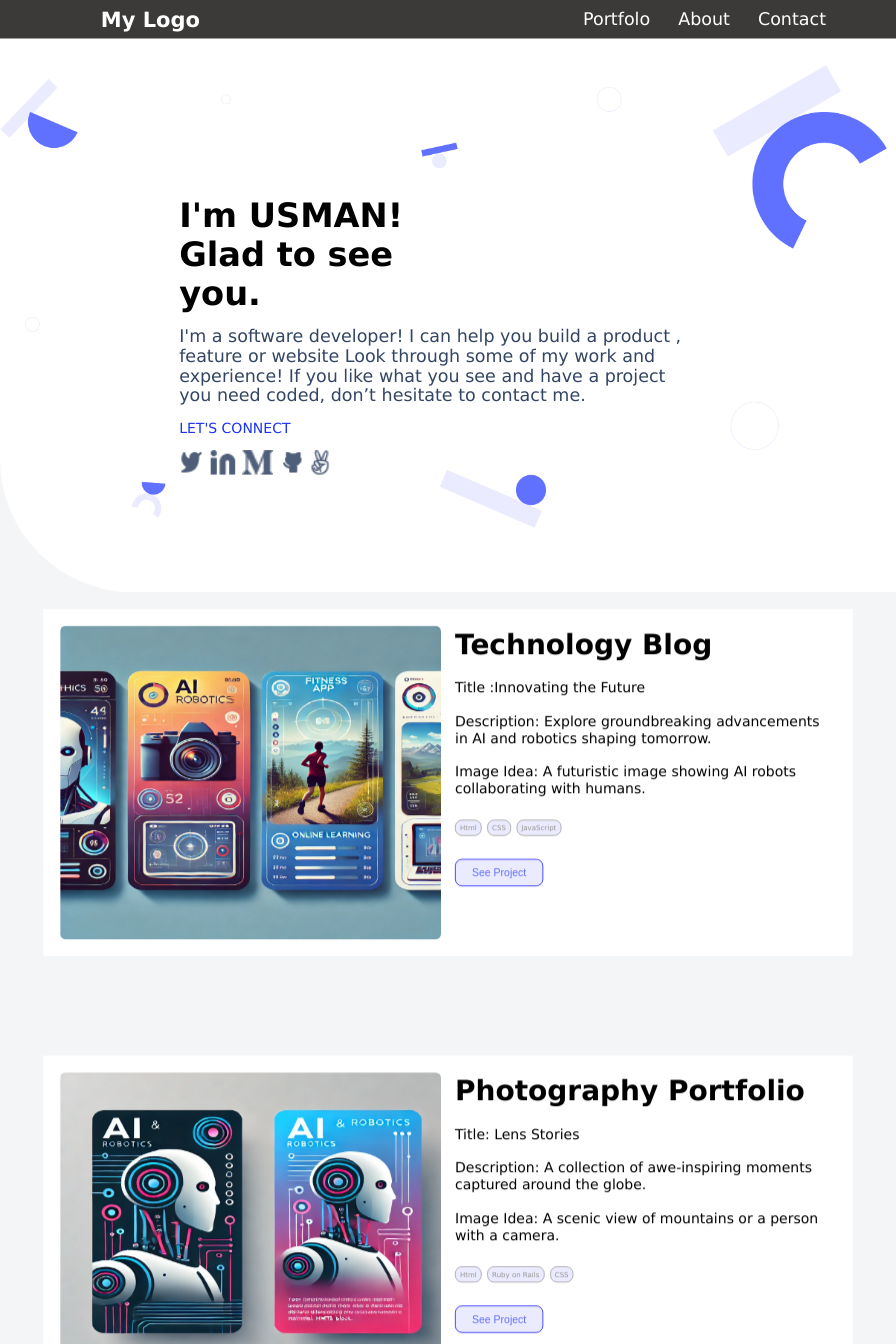
Repository: usman3123/portfolio-template-3
Page: index.html
An editor plug-in stored every save of this project. The page is shown before and after the next save, followed by the edit.
The browser window is 1280 px wide. The pictures show the part of the page from y = 0 to 1920 px (the page is 4613 px tall), at 70% of full size.
Some web libraries are served in a nearby version.

Above is the page before, as saved 2025-02-03 12:21:35.
Console error: ReferenceError: Cannot access 'heropage' before initialization

### index.html
<!DOCTYPE html>
<html lang="en">
<head>
  <meta charset="UTF-8">
  <meta name="viewport" content="width=device-width, initial-scale=1.0">
  <title>project 2</title>
  <link rel="stylesheet" href="style.css">
  <link href='https://unpkg.com/boxicons@2.1.4/css/boxicons.min.css' rel='stylesheet'>
  <link rel="stylesheet" href="https://cdnjs.cloudflare.com/ajax/libs/font-awesome/6.6.0/css/all.min.css" integrity="sha512-Kc323vGBEqzTmouAECnVceyQqyqdsSiqLQISBL29aUW4U/M7pSPA/gEUZQqv1cwx4OnYxTxve5UMg5GT6L4JJg==" crossorigin="anonymous" referrerpolicy="no-referrer" />
  <link rel="stylesheet" href="https://cdnjs.cloudflare.com/ajax/libs/font-awesome/6.6.0/css/all.min.css" integrity="sha512-Kc323vGBEqzTmouAECnVceyQqyqdsSiqLQISBL29aUW4U/M7pSPA/gEUZQqv1cwx4OnYxTxve5UMg5GT6L4JJg==" crossorigin="anonymous" referrerpolicy="no-referrer" />

  <link rel="stylesheet" href="https://cdnjs.cloudflare.com/ajax/libs/font-awesome/6.7.2/css/all.min.css">
  <link rel="preconnect" href="https://fonts.googleapis.com">
<link rel="preconnect" href="https://fonts.gstatic.com" crossorigin>
<link href="https://fonts.googleapis.com/css2?family=Poppins:ital,wght@0,100;0,200;0,300;0,400;0,500;0,600;0,700;0,800;0,900;1,100;1,200;1,300;1,400;1,500;1,600;1,700;1,800;1,900&display=swap" rel="stylesheet">
</head>

<body>
<section class="wholebody">
  <section class="webpage">
    <!-- Navbar -->

   <div class="hero-page">
    <div class="header-div">
      <nav class="nav-bar flex">
          <h4 class="nav-heading">My Logo</h4>
          <div class="nav-links flex">
              <a href="#myportfolio" class="link">Portfolo</a>
              <a href="#myabout" class="link">About</a>
              <a href="#mycontact" class="link" >Contact</a>
          </div>
          <i class="fa-solid fa-light fa-bars fa-xl " id="nav-icon"></i>
      </nav>
  </div>

    <!-- Main Content -->
    <section id="myportfolio" class="hero-section flex">
      <div class="hero-content flex">
          <h1 class="hero-head"> I'm USMAN!
            Glad to see you.
        </h1>
        <p class="hero-p">
           I'm a software developer! I can help you build a product , feature or website Look through  some of my work and experience! If you like what you see and have a project you need coded, don’t hesitate to contact me.
        </p>
       <p class="let-connect"> LET'S CONNECT</p>

        <div class="icons flex">
            <img src="/assets/twitter.png" class="media-icon">
            <img src="assets/Linkedin.png" class="media-icon">
            <img src="assets/M.png" class="media-icon">
            <img src="assets/Github.png" class="media-icon">
            <img src="assets/V.png" class="media-icon">
        </div>
      </div>
    </section>

   </div>
    <!-- Cards Section -->

    <div class="overlay">
      <section class="cards flex">

      </section>

    </div>

     <!-- ABOUT MYSELF -->

     <section id="myabout" class="about flex">

      <div class="about-intro flex">
        <h1 class="about-head">About Myself</h1>
        <p class="about-paragraph">Hello I'm a software developer! I can help you build a product , feature or website Look through some of my work and experience! If you like what you see and have a project you need coded, don't hesitate to contact me.</p>
          <p class="connect">Let's Connect</p>
          <div class="icons flex icon-gap">
            <img src="assets/twitter.png" class="twitter">
            <img src="assets/Linkedin.png" class="inimage">
            <img src="assets/M.png" class="mimage">
            <img src="assets/Github.png" class="tomimage">
            <img src="assets/V.png" class="protocol">
        </div>
        <button class="content-btn rsm-btn"> Get my resume</button>
      </div>

      <div class="about-skills flex">
        <div class="about-all flex">
          <p>Languages</p>
          <i class='bx bx-chevron-down'></i>
        </div>
        <div class="about-lang flex">
          <div class="about-lang-img flex">
            <i class="fa-brands fa-js sty-i" style="color: #ff0000;"></i>
            <p>JavaScript</p>
          </div>
          <div class="about-lang-img flex">
            <i class="fa-brands fa-html5 sty-i" style="color: #FFD43B;"></i>
            <p>Html</p>

          </div>
          <div class="about-lang-img flex">
            <i class="fa-brands fa-css3-alt sty-i" style="color: #74C0FC;"></i>
            <p>css</p>
          </div>
        </div>
        <div class="about-all flex">
          <p> Frameworks</p>
          <i class='bx bx-chevron-right'></i>
        </div>
        <div class="about-all flex">
          <p>Skills</p>
          <i class='bx bx-chevron-right'></i>
          </div>
          </div>
    </section>


    <!-- Contact section -->

      <section id="mycontact" class="contact-section flex">
      <h1 class="contact-heading">Contact Me</h1>
      <p class="contact-description flex">
          If you have an application you are interested in developing, a feature that you need built, or a project that needs coding, I'd love to help with it!
      </p>
      <form class="contact-form flex">
          <input class="form-input" type="text" placeholder="Your Name">
          <input class="form-input" type="email" placeholder="Your Email">
          <textarea class="form-message" placeholder="Write your message here..."></textarea>
          <button class="form-button flex">Get in Touch</button>
      </form>

  </section>
  </section>

</section>
<div class="container"></div>


<script src="index.js"></script>
</body>
</html>

### style.css
*{
    margin: 0;
    padding: 0;
    box-sizing: border-box;
}

body {
    font-family: Verdana, Geneva, Tahoma, sans-serif;
    background-color: #f4f5f7;
    position: relative;
}


.flex {
    display: flex;
}

/* nav-bar */

.header-div {
    background-color: #3c3a39;
    width: 100%;
}

.nav-bar {
    justify-content: space-between;
    color: white;
    max-width: 1204px;
    align-items: center;
    padding: 10px 24px;
}

.nav-heading {
    font-size: 30px;
    padding-left: 120px;
}

.nav-links {
    gap: 40px;
    align-items: center;
    font-size: 25px;
    display: none;
}
.nav-icon {
    display: flex;
    width: 24px;
}



/* hero-section */

.hero-page {
    background-color: white;
    border-bottom-left-radius: 190px;
    background-image: url(/assets/Header\ bg@2x.png);
    background-size: contain;
    max-height: 846px;
    background-position: center;
    background-repeat: no-repeat;
    max-width: 1440px;
}
.herostyle {
    background-color: #6070ff;
}
.hero-section {
    height: 846px;
    align-items: center;
    justify-content: center;
    padding-left: 20%;
}
.hero-content {
    flex-direction: column;
    gap: 20px;
}
.hero-head {
    font-size: 48px;
    font-weight: 700;
    width: 35%;
}

.hero-p {
    font-size: 25px;
    line-height: 28px;
    color: #344563;

    width: 73%;
}

.let-connect {
    color: #1d32f7;
    font-size: 20px;
    font-weight: 500;
    line-height: 24px;
}

.media-icon {
    height: 35px;
}

.icons {
    gap: 10px;
}

.nav-head {
    max-width: 1440px;
    width: 100%;
}
.enable {
    color: blue;
}
.link {
    color: white;
    text-decoration: none;
}

/* card-section */

.cards {
    flex-direction: column;
    align-items: center;
    gap:142px;
    padding: 24px;
    position: relative;
}
.card {
    background-color: white;
    max-width: 1156px;
    max-height: 496px;
    width: 100%;
    padding: 24px;
    gap: 20px;
}
.card-img {
    max-width: 544px;
    width: 50%;
    border-radius:8px ;
}

.card-content {
    flex-direction: column;
    gap: 24px;
}

.card-head {
    font-size: 40px;
    font-weight: 700;
    line-height: 52px;
}
#photo-content {
    font-size: 40px;
    font-weight: 700;
    line-height: 52px;
}
.content-p {
    font-size: 20px;
    font-weight: 400;
    line-height: 24px;
}
.content-sp {
    font-size: 20px;
    font-weight: 400;
    line-height: 24px;
}

.languages {
    gap: 8px;
    align-items: center;
}

.lang {
    padding: 4px 12px;
    color: #6070ff;
    background-color: #ebebff;
    border-radius: 10px;
}

.content-btn {
    max-width: 126px;
    width: 100%;
    padding: 4px 12px;
    color: #6070ff;
    background-color: #ebebff;
    border-radius: 10px;
    padding: 10px;
    border: 1px solid blue;
    font-size: 15px;
}

/* about-section */

.about {
    padding: 10%;
    gap: 30px;
}

.about-intro {
    flex-direction: column;
    max-width: 447px;
    max-height: 331px;
    gap: 10px;
}

.about-head {
    font-size: 30px;
    font-weight: 700;
    line-height: 52px;
}
.about-paragraph {
    font-size: 16px;
    line-height: 24px;
}
.connect {
    color: #6070ff;
    font-size: 25px;
}

.about-skills {
    max-width: 684px;
    flex-direction: column;
    width: 100%;
    gap: 20px;
}

.about-all {
    justify-content: space-between;
    font-size: 25px;
}
.about-lang {
    gap: 20px;
    padding: 12px;
}
.about-lang-img {
    flex-direction: column;
    gap: 12px;
}
.sty-i {
    font-size: 80px;
}
.about-lang-img > p {
    font-size: 25px;
}
.contact-section {
    flex-direction: column;
    align-items: center;
    gap: 24px;
    background-color: #6070ff;
    background-image: url(/assets/contact\ form\ background\ shapes@2x.png);
    background-size: contain;
    background-repeat: no-repeat;
    border-top-left-radius: 100px;
    padding: 100px 24px;
}
.contact-heading {
    font-size: 3rem;
    font-weight: 700;
    line-height: 5.2rem;
    color: white;
}
.contact-description {
    max-width: 569px;
    font-size: 1.5rem;
    text-align: center;
    color: white;
    max-height: 137px;

}
.contact-form {
    gap: 27px;
    flex-direction: column;
    max-width: 447px;
    width: 100%;
    align-items: center;
}

.form-input {
    padding: 15px 16px;
    background-color: white;
    color: black;
    font-size: 20px;
    width: 100%;
}
.form-message {
    color: black;
    font-size: 20px;
    padding: 15px 16px;
    height: 170px;
    width: 100%;
}
.form-button {
    padding: 12px 15px;
    color: blue;
    font-size: 17px;
    font-weight: 500;
    align-items: center;
    width: 130px;
}
html {
    font-size: 62.5%;
}

.container {
    max-width: 1156px;
    width: 100%;

}

.inner-container {
    padding: 24px;
    width: 100%;
    height: 100%;
    max-width: 1156px;
    max-height: 1163px;
    position: absolute;
    top: 228%;
    left: 50%;
    transform: translate(-50%,-50%);
    background-color: white;

}
.overlay {
    width: 100%;
    height: 100%;
    background: #f4f5f7;
    backdrop-filter: blur(8px);
}
.remove {
    display: none;
}

.blur {
    filter: blur(15px);
}
.heading > h2{
    align-items: center;
    justify-content: space-between;
}

.languages {
    gap: 8px;
}


.wrapimg {
    width: 100%;
    height: 60.3%;
    max-width: 1108px;
    max-height: 586px;
}

.p3 {
    display: none;
}

.paragraph {
    color: #344563;
    font-size: 2rem;
}

.btnimg {
    width: 20px;
    height: 20px;
}

.livebtn {
    width: 43.6%;
    height: 48px;
    gap: 20px;
    padding: 12px 16px;
    background-color: #36B37F;
    color: white;
    font-size: 17px;
    align-items: center;
}

.sourcebtn {
    width: 49%;
    height: 48px;
    gap: 20px;
    padding: 12px 16px;
    background-color: #36B37F;
    color: white;
    font-size: 17px;
    align-items: center;
}

.livebtn > p {
    font-size: 1.7rem;
    line-height: 2.4rem;
    font-weight: 700;
}

.buttons {
    width: 311px;
    height: 56px;
    gap: 24px;
    margin-top: 30px;
}

.btnimg {
    filter: brightness(0) invert(1);
}

.languages {
    padding: 9px 0;
}

.heading > h2 {
    font-size: 32px;
    line-height: 44px;
}
.icon-head {
    justify-content: space-between;
    font-size: 3rem;
}
.lang {
    font-size: 1rem;
    color: #979493;
    padding: 5px 6px;
    border: 1px solid #979493;
}

.style {
    position: fixed;
    transform: translate(-50%,-50%);
    top: 50%;
}

@media (max-width :600px) {
    .p1 {
     display: none;;
    }

    .p2 {
        display: none;
    }

    .p3 {
        display: block;
    }

    .wrap {
        flex-direction: column;
        padding-top: 20px;
    }

    .wrapimg {
        width: 100%;
        height: 29.3%;
        max-width: 872px;
        max-height: 616px;
    }
    .inner-container {
        height: 75%;
    }
}








@media (max-width : 1100px) {
    .hero-head {
        width: 53%;
    }
    .card-head {
        font-size: 2rem;
    }
    #photo-head {
        font-size: 27px;
    }
    .content-p {
        font-size: 15px;
    }
    .content-sp {
        font-size: 15px;
        display: none;
    }
    .card-content {
        gap: 20px;
    }

}
@media (max-width :870px) {
    .card {
        flex-direction: column;
        max-height: 552px;
        padding: 16px;
    }
    .card {
        max-width: 327px;
    }
    .about {
        flex-direction: column;
    }
    .nav-heading {
        padding-left: 0px;
    }


}
@media (max-width : 870px) {
    .hero-head {
        width: 100%;
    }
    .hero-section {
        padding: 24px;
    }
    .hero-p {
        width: 100%;
    }
    .card-img {
        width: 100%;
        height: 18vh;
    }
    .card-content {
        gap: 2px;
    }
}
@media (min-width : 700px) {
    .nav-links {
        display: flex;
    }
    #nav-icon {
        display: none;
    }

}
@media (min-width : 1441px) {
    .card-content {
        gap: 30px;
    }
}

### index.js
arr = [
    {
        img : "/assets/card-1img.webp",
        h2 : "Technology Blog",
        paragraph1 : "Title :Innovating the Future",
        p_description : "Description: Explore groundbreaking advancements in AI and robotics shaping tomorrow.",
        paragraph2 :"Image Idea: A futuristic image showing AI robots collaborating with humans.",
        lang1 : "Html",
        lang2 : "CSS",
        lang3 : "JavaScript",
        lang5 : "Boot Strap",
        button : "See Project",
        year : "2023",
        cardimg : "/assets/card-1img.webp"
    },
    {
        img : "/assets/card-2img.webp",
        h2 : "Photography Portfolio",
        paragraph1 : "Title: Lens Stories",
        p_description : "Description: A collection of awe-inspiring moments captured around the globe.",
        paragraph2 :"Image Idea: A scenic view of mountains or a person with a camera.",
        lang1 : "Html",
        lang2 :"Ruby on Rails",
        lang3 : "CSS",
        lang4 : "JavaScript",
        lang5 : "Boot Strap",
        button : "See Project",
        year : "2024",
        cardimg :"/assets/card-2img.webp"
    },
    {
        img : "/assets/card-3img.webp",
        h2 : "Fitness App",
        paragraph1 : "Title: oveSmart",
        p_description :"Description: Your companion for tracking workouts and achieving fitness goals.",
        paragraph2 :"Image Idea: A person jogging with fitness metrics displayed.",
        lang1 : "Html",
        lang2 :"Ruby on Rails",
        lang3 : "CSS",
        lang4 : "JavaScript",
        lang5 : "Boot Strap",
        button : "See Project",
        year : "2025",
        cardimg : "/assets/card-3img.webp"
    },
    {
        img : "/assets/card-4img.webp" ,
        h2 : "Online Learning",
        paragraph1 : "Title: Skillify",
        p_description : "Description: Join courses from world-class instructors and master new skills.",
        paragraph2 :"Image Idea: A laptop with an open notebook and a student studying.",
        lang1 : "Html",
        lang2 :"Ruby on Rails",
        lang3 : "CSS",
        lang4 : "JavaScript",
        lang5 : "Boot Strap",
        button : "See Project",
        year : "2025",
        cardimg :"/assets/card-4img.webp"
    }
]

const cards = document.querySelector(".cards");
const body = document.querySelector("body");
const overlay = document.querySelector(".overlay");
const bodyy = document.querySelector(".wholebody");

arr.forEach((element) => {
    cards.innerHTML += `<div class="card flex">
      <img class="card-img" src= ${element.img} alt="CARD_!_IMG">
      <div class="card-content flex">
        <h2 class="card-head">${element.h2}</h2>
        <p class="content-p">${element.paragraph1}</p>
        <p class="content-sp">${element.p_description}</p>
        <p class="content-p">${element.paragraph2}</p>
        <div class="languages flex">
          <p class="lang">${element.lang1}</p>
          <p class="lang">${element.lang2}</p>
          <p class="lang">${element.lang3}</p>
        </div>
        <button id = "cardbtn" class="content-btn">${element.button}</button>
      </div>
    </div>
`
});
document.querySelectorAll("#cardbtn").forEach((btn, index) => {
  btn.addEventListener("click", () => {
    popup(arr[index]);
    bodyy.classList.add("blur");
    document.querySelector(".inner-container").classList.add("style");
    document.querySelector(".container").style.display = "block";
  });
});
function popup(element) {
  const popup = document.querySelector(".container");
    popup.innerHTML =
      `<div class="inner-container">
    <div class="icon-head flex">
        <h2 class="heading flex">${element.h2}</h2>
        <i class="fa-solid fa-x" id = "close-popup" ></i>
    </div>
    <div class="languages flex">
        <p class="lang">Canopy</p>
        <p class="lang">Back End Dev</p>
        <p class="lang">${element.year}</p>
    </div>
    <img src= ${element.cardimg} class="wrapimg">
    <div class="languages flex">
        <p class="lang">${element.lang1}</p>
        <p class="lang">${element.lang5}</p>
        <p class="lang">${element.lang2}</p>
    </div>

    <div class="paragraph">
        <p class="p1">${element.paragraph1}</p>
        <p class="p2">${element.p_description}</p>
        <p class="p3">${element.paragraph2}</p>
    </div>

    <div class="buttons flex">
        <div class="livebtn flex">
            <p>See live</p>
            <img src="/assets/Icon - Export.svg" class="btnimg">
        </div>
        <div class="sourcebtn flex">
            <p>See source</p>
            <img src="/assets/Icon -GitHub.png" class="btnimg">
        </div>
    </div>

    </div>`;

    document.querySelector("#close-popup").addEventListener("click", () => {
      popup.style.display = "none";
      bodyy.classList.remove("blur");
    });
  }


  // document.querySelector("#navicon").addEventListener("click",()=> {
    heropage.classList.add("herostyle");
    const heropage = document.querySelector(".hero-page");
    console.log(heropage);

  // })

















{/* <div class="inner-container">
<div class="icon-head flex">
    <h2 class="heading flex">Tonic</h2>
    <i class="fa-solid fa-x" ></i>
</div>
<div class="languages flex">
    <p class="lang">Canopy</p>
    <p class="lang">Back End Dev</p>
    <p class="lang">2015</p>
</div>
<img src="/assets/Snapshoot Portfolio.png" class="wrapimg">
<div class="languages flex">
    <p class="lang">HTML</p>
    <p class="lang">Bootstrap</p>
    <p class="lang">Ruby on rails</p>
</div>

<div class="paragraph">
    <p class="p1">Lorem Ipsum is simply dummy text of the printing and typesetting industry. Lorem Ipsum has been the industry's standard dummy text ever since the 1500s, when an unknown printer took a galley of type and scrambled it 1960s.</p>
    <p class="p2">Lorem Ipsum is simply dummy text of the printing and typesetting industry. Lorem Ipsum has been the industry's standard dummy text ever since the 1500s, when an unknown printer took a galley of type and scrambled it 1960s with the releax map lapora verita.</p>
    <p class="p3">Lorem Ipsum is simply dummy text of the printing and typesetting industry. Lorem Ipsum has been the industry's standard dummy text ever since the 1500s, when an unknown printer took a galley of type and scrambled it to make a type specimen book. It has survived not only five centuries, but also the leap into electronic typesetting, remaining essent</p>
</div>

<div class="buttons flex">
    <div class="livebtn flex">
        <p>See live</p>
        <img src="/assets/Icon - Export.svg" class="btnimg">
    </div>
    <div class="sourcebtn flex">
        <p>See source</p>
        <img src="/assets/Icon -GitHub.png" class="btnimg">
    </div>
</div>

</div>
 */}














/* <div class="card flex">
      <img class="card-img" src="/assets/card-1img.webp" alt="CARD_!_IMG">
      <div class="card-content flex">
        <h2 class="card-head">Technology Blog</h2>
        <p class="content-p">Title: "Innovating the Future"</p>
        <p class="content-sp">Description: "Explore groundbreaking advancements in AI and robotics shaping tomorrow."</p>
        <p class="content-p">Image Idea: A futuristic image showing AI robots collaborating with humans.</p>
        <div class="languages flex">
          <p class="lang">Html</p>
          <p class="lang">CSS</p>
          <p class="lang">JavaScript</p>
        </div>
        <button class="content-btn">See Project</button>
      </div>
    </div>
    <div class="card flex">
      <img class="card-img" src="/assets/card-2img.webp" alt="CARD_!_IMG">
      <div class="card-content flex">
        <h2 id="photo-head">Photography Portfolio</h2>
        <p class="content-p">Title: "Lens Stories"<p>
        <p class="content-sp">Description: "A collection of awe-inspiring moments captured around the globe."</p>
        <p class="content-p">Image Idea: A scenic view of mountains or a person with a camera.
        </p>
        <div class="languages flex">
          <p class="lang">Html</p>
          <p class="lang">Ruby on Rails</p>
          <p class="lang">CSS</p>
          <p class="lang">JavaScript</p>
        </div>
        <button class="content-btn">See Project</button>
      </div>
    </div>
    <div class="card flex">
      <img class="card-img" src="/assets/card-3img.webp" alt="CARD_!_IMG">
      <div class="card-content flex">
        <h2 class="card-head">Fitness App</h2>
        <p class="content-p">Title: "MoveSmart"<p>
        <p class="content-sp">Description: "Your companion for tracking workouts and achieving fitness goals."</p>
        <p class="content-p">Image Idea: A person jogging with fitness metrics displayed.</p>
        <div class="languages flex">
          <p class="lang">Html</p>
          <p class="lang">Ruby on Rails</p>
          <p class="lang">CSS</p>
          <p class="lang">JavaScript</p>
        </div>
        <button class="content-btn">See Project</button>
      </div>
    </div>
    <div class="card flex">
      <img class="card-img" src="/assets/card-4img.webp" alt="CARD_!_IMG">
      <div class="card-content flex">
        <h2 class="card-head">Online Learning</h2>
        <p class="content-p">Title: "Skillify"p>
        <p class="content-sp">Description: "Join courses from world-class instructors and master new skills."</p>
        <p class="content-p">Image Idea: A laptop with an open notebook and a student studying.</p>
        <div class="languages flex">
          <p class="lang">Html</p>
          <p class="lang">Ruby on Rails</p>
          <p class="lang">CSS</p>
          <p class="lang">JavaScript</p>
        </div>
        <button class="content-btn">See Project</button>
      </div>
    </div> */

After the next save:
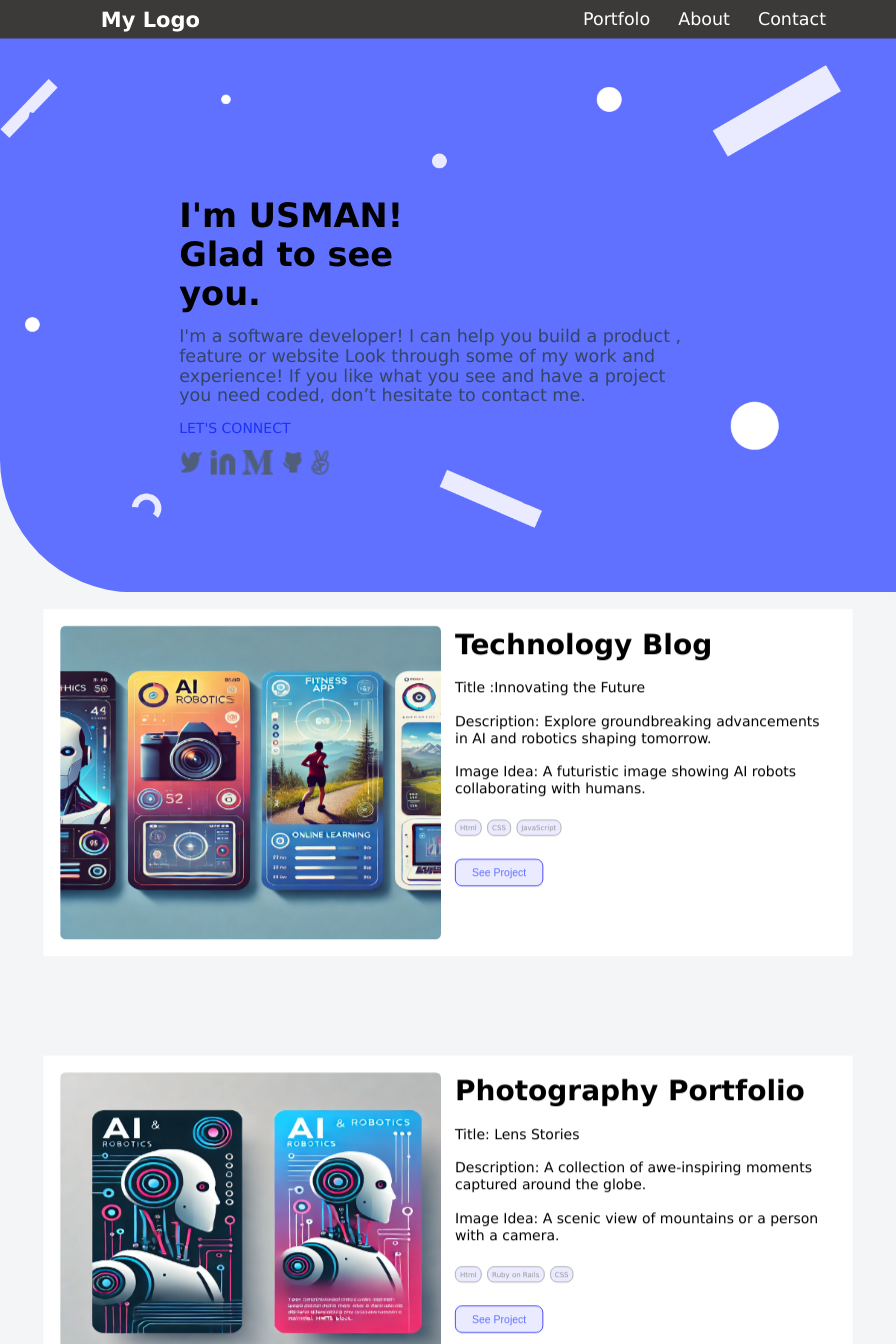
The error is gone.
Saved 11 s later.
--- a/index.js
+++ b/index.js
@@ -138,8 +138,9 @@ function popup(element) {
 
 
   // document.querySelector("#navicon").addEventListener("click",()=> {
+    const heropage = document.querySelector(".hero-page");
     heropage.classList.add("herostyle");
-    const heropage = document.querySelector(".hero-page");
+
     console.log(heropage);
 
   // })
